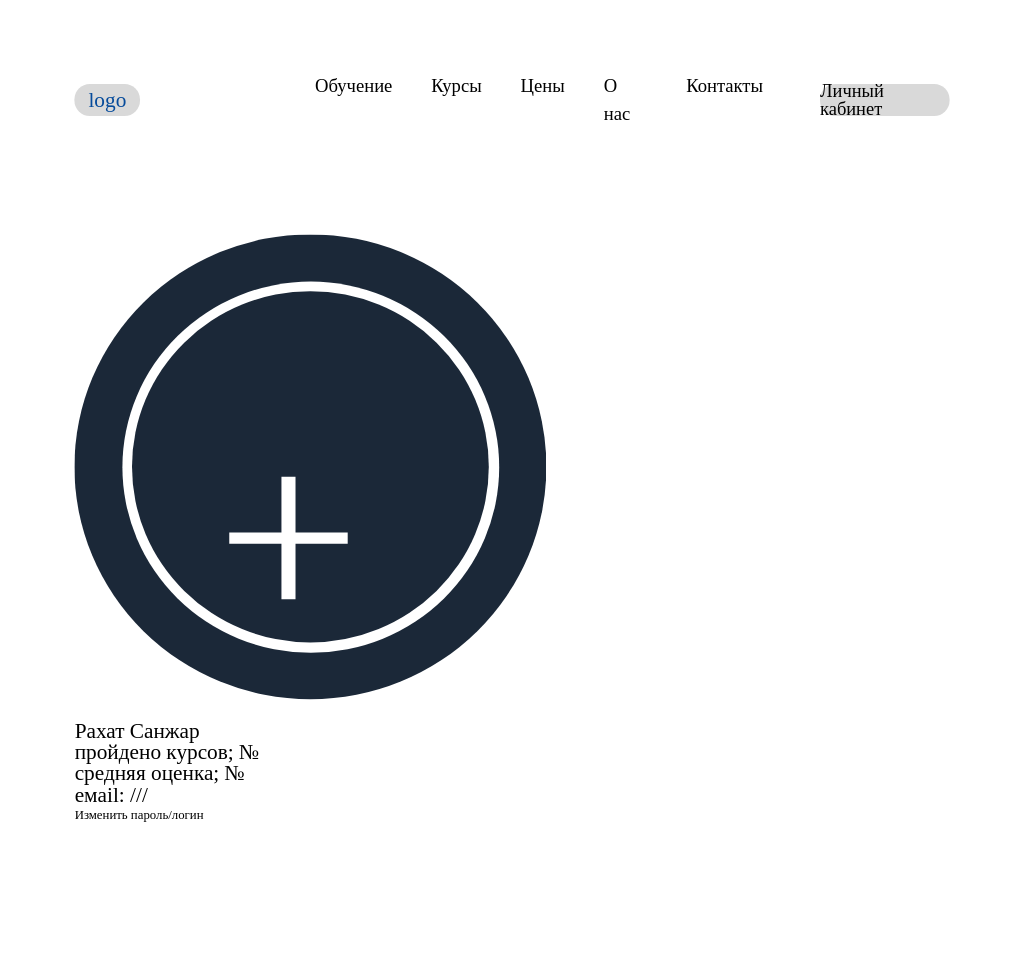
Repository: marjango/course
Page: /auth/profile
These files come from the project's save history. The page is drawn as it stood at one moment and after the next save; the edit follows.
The browser window is 1280 px wide. The pictures show the whole page, at 80% of full size.
The project was rebuilt for these pictures with package versions that can differ from the ones it lists, and the page was loaded fresh each time. The framework's server and built-in components were replaced by stand-ins that run in the browser. Also part of the build but not shown: next.config.ts.

Above is the page before, as saved 2025-03-27 17:30:08.

After the next save:
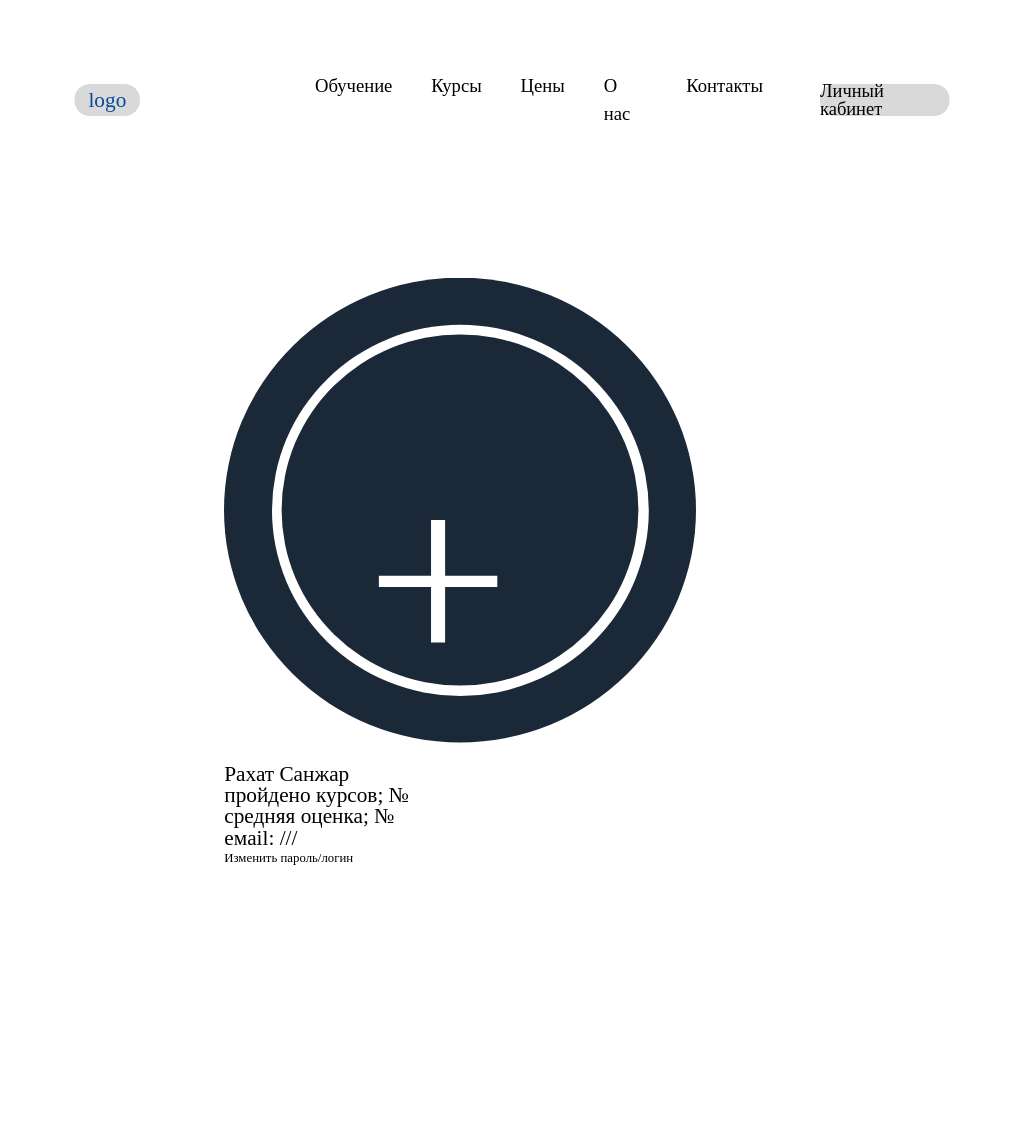
Saved 14 s later.
--- a/app/[auth]/profile/profile.module.css
+++ b/app/[auth]/profile/profile.module.css
@@ -48,5 +48,5 @@ padding: 7.03vw 7.29vw 12.60vw 7.29vw;
   }
 
   .profile {
-
+    margin: 187px ;
   }
